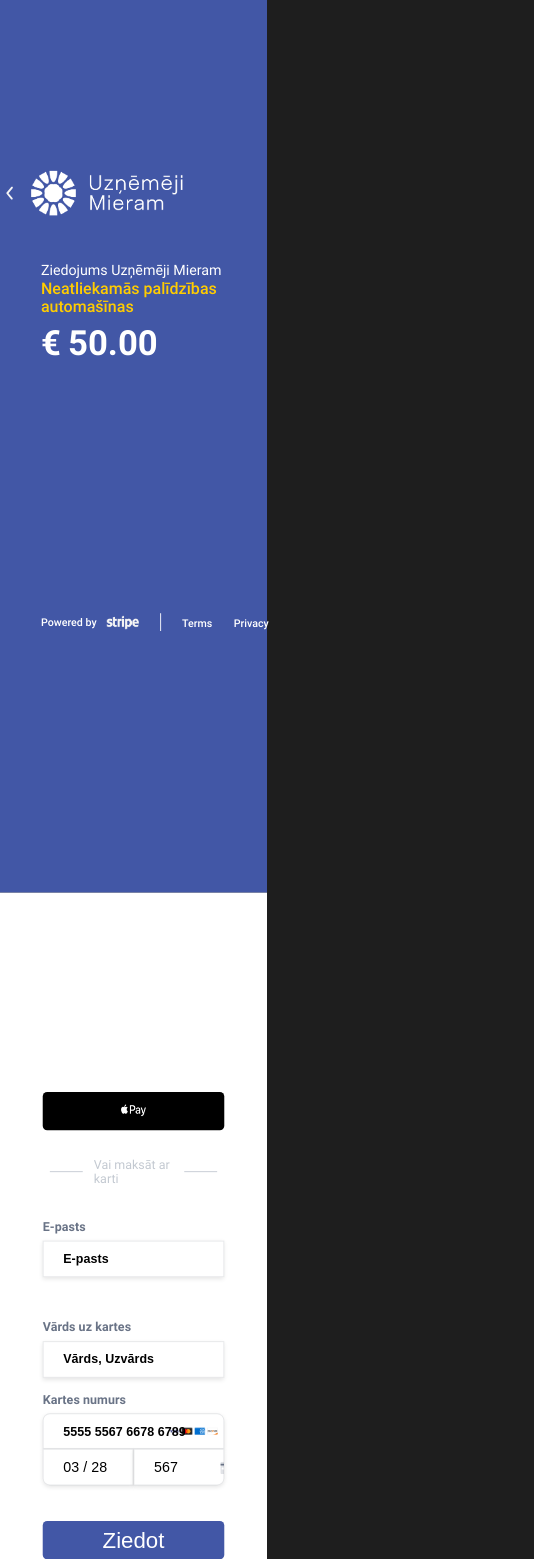
Repository: KatrinaPa/projekts_jul
Page: stripe.html
The author's editor kept a copy of each file at every save. The page is drawn from the files as they stood at one save, then again after the next save.
The browser window is 600 px wide. The pictures show the whole page, at 89% of full size.

Above is the page before, as saved 2023-08-02 17:25:33.

After the next save:
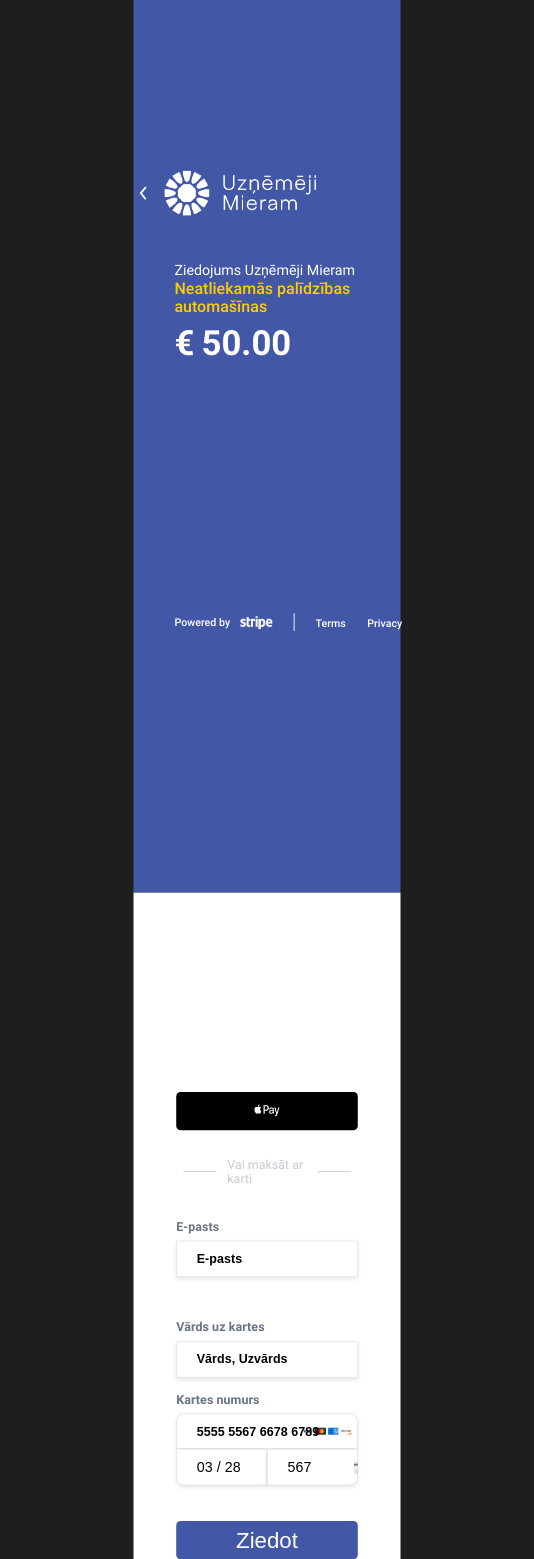
Saved 66 s later.
--- a/assets/stripe-styles.css
+++ b/assets/stripe-styles.css
@@ -356,9 +356,8 @@
 @media screen and (max-width: 700px) {
 
     .panel-2 {
-        display: flex;
         flex-direction: column;
-        justify-content: center;
-    }
-
-}
+        align-items: center;
+    }
+
+}
